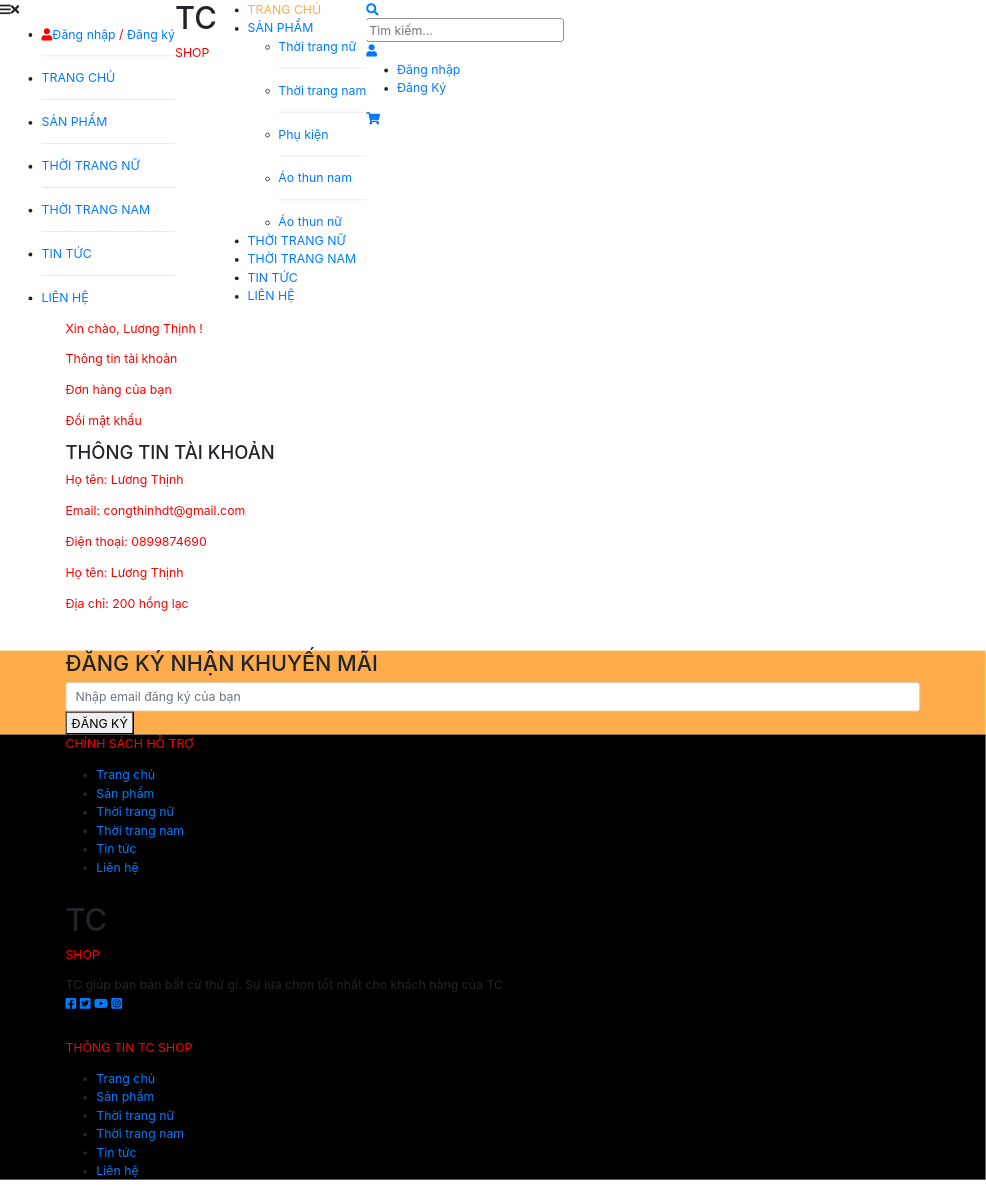
Repository: congthinh1701/TCshop
Page: ThongTinTaiKhoan.html
The author's editor kept a copy of each file at every save. The page is drawn from the files as they stood at one save, then again after the next save.
The browser window is 1280 px wide. The pictures show the whole page, at 77% of full size.
The style sheet was rebuilt from its Sass, Less or Tailwind sources for each picture, by a compiler version that may differ from the author's.

Above is the page before, as saved 2021-09-08 17:00:58.

### ThongTinTaiKhoan.html
<!DOCTYPE html>
<html lang="en">
<head>
    <meta charset="UTF-8">
    <meta http-equiv="X-UA-Compatible" content="IE=edge">
    <meta name="viewport" content="width=device-width, initial-scale=1.0">
    <title>Document</title>
    <link rel="stylesheet" href="fontawesome-free-5.15.4-web/css/all.css">
    <link rel="stylesheet" href="sass/style.css">
</head>
<body>
    <div id="headerID"> <!-- your header --> </div>
    <div class="container">
        <div class="trang-tai-khoan">
            <div class="trang-tai-khoan-hello">
                <p><span>Xin chào, </span>Lương Thịnh !</p>
            </div>
            <div class="trang-tai-khoan-thong-tin">
                <p>Thông tin tài khoản</p>
            </div>
            <div class="trang-tai-khoan-hello">
                <p>Đơn hàng của bạn</p>
            </div>
            <div class="trang-tai-khoan-hello">
                <p>Đổi mật khẩu</p>
            </div>
        </div>
        <div class="thong-tin-tai-khoan">
            <h4>THÔNG TIN TÀI KHOẢN</h4>
            <div class="thong-tin-tai-khoan-name">
                <p><span>Họ tên: </span>Lương Thịnh</p>
                <p><span>Email: </span>congthinhdt@gmail.com</p>
                <p><span>Điện thoại: </span>0899874690</p>
                <p><span>Họ tên: </span>Lương Thịnh</p>
                <p><span>Địa chỉ: </span>200 hồng lạc</p>
            </div>
        </div>
    </div>
    <div id="footerID"> <!-- your header --> </div>
    <script src="https://cdnjs.cloudflare.com/ajax/libs/jquery/3.6.0/jquery.min.js" integrity="sha512-894YE6QWD5I59HgZOGReFYm4dnWc1Qt5NtvYSaNcOP+u1T9qYdvdihz0PPSiiqn/+/3e7Jo4EaG7TubfWGUrMQ==" crossorigin="anonymous" referrerpolicy="no-referrer"></script>
    <script>
        $("#headerID").load("header.html");
        $("#footerID").load("footer.html");
      </script>
</body>
</html>

### header.html
<!DOCTYPE html>
<html lang="en">
<head>
    <meta charset="UTF-8">
    <meta http-equiv="X-UA-Compatible" content="IE=edge">
    <meta name="viewport" content="width=device-width, initial-scale=1.0">
    <title>Document</title>
    <link rel="stylesheet" href="assets/css/style.css">
    <link rel="stylesheet" href="assets/css/base.css">
    <link rel="stylesheet" href="fontawesome-free-5.15.4-web/css/all.css">
    <link rel="stylesheet" href="https://maxcdn.bootstrapcdn.com/bootstrap/4.1.3/css/bootstrap.min.css">
    <script src="https://maxcdn.bootstrapcdn.com/bootstrap/4.1.3/js/bootstrap.min.js"></script>
</head>
<body>
    <div class="container-lg">
        <div class="nav">
            <label for="nav-mobile-input" class="nav_bars-btn">
                <i class="fas fa-bars"></i>
            </label>

            <input hidden type="checkbox" name="" class="nav_input" id="nav-mobile-input">
            <label for="nav-mobile-input" class="nav_overlay"></label>
            <nav class="nav-mobile">
                <label for="nav-mobile-input" class="nav__mobile-close">
                    <i class="fas fa-times"></i>
                </label>
                <ul class="nav__mobile-list">

                    <li class="nav__mobile-list-user">

                        <p><i class="fas fa-user"></i><a href="#">Đăng nhập</a> <span>/</span> <a href="#">Đăng ký</a>
                        </p>
                    </li>
                    <hr>
                    <li>
                        <a href="" class="nav__mobile-link">TRANG CHỦ</a>
                    </li>
                    <hr>
                    <li>
                        <a href="" class="nav__mobile-link">SẢN PHẨM</a>
                    </li>
                    <hr>
                    <li>
                        <a href="" class="nav__mobile-link">THỜI TRANG NỮ</a>
                    </li>
                    <hr>
                    <li>
                        <a href="" class="nav__mobile-link">THỜI TRANG NAM</a>
                    </li>
                    <hr>
                    <li>
                        <a href="" class="nav__mobile-link">TIN TỨC</a>
                    </li>
                    <hr>
                    <li>
                        <a href="" class="nav__mobile-link">LIÊN HỆ</a>
                    </li>
                </ul>
            </nav>
            <div class="nav-logo">
                <h1>TC</h1>
                <p>SHOP</p>
            </div>
            <nav class="nav-pc">
                <ul class="nav__list">
                    <li>
                        <a style="color:#ffac4b" href="home.html" class="nav__link">TRANG CHỦ</a>
                    </li>
                    <li class="options">
                        <a href="" class="nav__link">SẢN PHẨM</a>
                        <div class="nav__link-options">
                            <ul class="nav__link-options-list">
                                <li><a href="#">Thời trang nữ</a></li>
                                <hr>
                                <li><a href="#">Thời trang nam</a></li>
                                <hr>
                                <li><a href="#">Phụ kiện</a></li>
                                <hr>
                                <li><a href="#">Áo thun nam</a></li>
                                <hr>
                                <li><a href="#">Áo thun nữ</a></li>
                            </ul>
                        </div>
                    </li>
                    <li>
                        <a href="" class="nav__link">THỜI TRANG NỮ</a>
                    </li>
                    <li>
                        <a href="" class="nav__link">THỜI TRANG NAM</a>
                    </li>
                    <li>
                        <a href="" class="nav__link">TIN TỨC</a>
                    </li>
                    <li>
                        <a href="" class="nav__link">LIÊN HỆ</a>
                    </li>
                </ul>
            </nav>
            <div class="nav-right">
                <div class="search">
                    <a href="#"><i class="fas fa-search"></i></a>
                    <div class="search-hover">
                        <form>
                            <input class="search" type="text" name="search" placeholder="Tìm kiếm..." />
                        </form>
                    </div>
                </div>
                <div class="user">
                    <a href="#"> <i class="fas fa-user"></i></a>
                    <div class="user-hover">
                        <ul class="user-hover-list">
                            <li class="nav_link"><a href="#">Đăng nhập</a></li>
                            <li><a href="#">Đăng Ký</a></li>
                        </ul>
                    </div>
                </div>
                <div class="shopping">
                    <a href="card.html"><i class="fas fa-shopping-cart"></i></a>

                </div>
            </div>


        </div>
    </div>
</body>
</html>

### footer.html
<!DOCTYPE html>
<html lang="en">
<head>
    <meta charset="UTF-8">
    <meta http-equiv="X-UA-Compatible" content="IE=edge">
    <meta name="viewport" content="width=device-width, initial-scale=1.0">
    <title>Document</title>
    <link rel="stylesheet" href="assets/css/style.css">
    <link rel="stylesheet" href="assets/css/base.css">
    <link rel="stylesheet" href="fontawesome-free-5.15.4-web/css/all.css">
    <link rel="stylesheet" href="https://maxcdn.bootstrapcdn.com/bootstrap/4.1.3/css/bootstrap.min.css">
    <script src="https://maxcdn.bootstrapcdn.com/bootstrap/4.1.3/js/bootstrap.min.js"></script>
</head>
<body>
    <div class="container-lg" style="background-color: #ffac4b; margin-top: 50px;">
        <div class="container dangky">
            <div class="dangky-left">
                <h3>ĐĂNG KÝ NHẬN KHUYẾN MÃI</h3>
            </div>
            <div class="dangky-right">
                <form>
                    <input class="form-control" type="text" placeholder="Nhập email đăng ký của bạn">
                    <button type="button">ĐĂNG KÝ</button>
                </form>
            </div>
        </div>
    </div>

    <div class="container-lg" style="background-color: black">
        <div class="container footer">
            <div class="chinhsach-hotro">
                <p class="header">CHÍNH SÁCH HỖ TRỢ</p>
                <ul class="nav-list">
                    <li class="nav_link"><a href="#">Trang chủ</a></li>
                    <li class="nav_link"><a href="#">Sản phẩm</a></li>
                    <li class="nav_link"><a href="#">Thời trang nữ</a></li>
                    <li class="nav_link"><a href="#">Thời trang nam</a></li>
                    <li class="nav_link"><a href="#">Tin tức</a></li>
                    <li class="nav_link"><a href="#">Liên hệ</a></li>
                </ul>
            </div>
            <hr>
            <div class="ketnoi-shop">
                <h1>TC</h1>
                <p>SHOP</p>
                <span>TC giúp bạn bán bất cứ thứ gì. Sự lựa chọn tốt nhất cho khách hàng của TC</span>
                <div class="mangxahoi">
                    <a href="#"><i class="fab fa-facebook-square"></i></a>
                    <a href="#"><i class="fab fa-twitter-square"></i></a>
                    <a href="#"><i class="fab fa-youtube"></i></a>
                    <a href="#"><i class="fab fa-instagram-square"></i></a>
                </div>
            </div>
            <hr>
            <div class="thongtin-shop">
                <p class="header">THÔNG TIN TC SHOP</p>
                <ul class="nav-list">
                    <li class="nav_link"><a href="#">Trang chủ</a></li>
                    <li class="nav_link"><a href="#">Sản phẩm</a></li>
                    <li class="nav_link"><a href="#">Thời trang nữ</a></li>
                    <li class="nav_link"><a href="#">Thời trang nam</a></li>
                    <li class="nav_link"><a href="#">Tin tức</a></li>
                    <li class="nav_link"><a href="#">Liên hệ</a></li>
                </ul>
            </div>
        </div>
    </div>
</body>
</html>

### assets/css/base.css
:root{
    --primary-color:#EE4D2D;
    --primary-color-rgba:rgb(238,75,43);
    --white-color:#fff;
    --black-color:#000;
    --text-color:#333333;
    --font-weight:700;
    --font-size-product:19px;
    --font-weight-product:400;
    --font-size-price:18px;
    --header-height:120px;
    --navbar-height:34px;
    --header-with-search-height:calc(var(var(--header-height)-var(var(--navbar-height))))

}

### sass/style.scss

$text-color:red;
$text-fontSize:20px;
$text-fontSizeTK:22px;
$fontWeight:500;
p{
    color: $text-color;
}

Loaded but not shown: fontawesome-free-5.15.4-web/css/all.css (library)

After the next save:
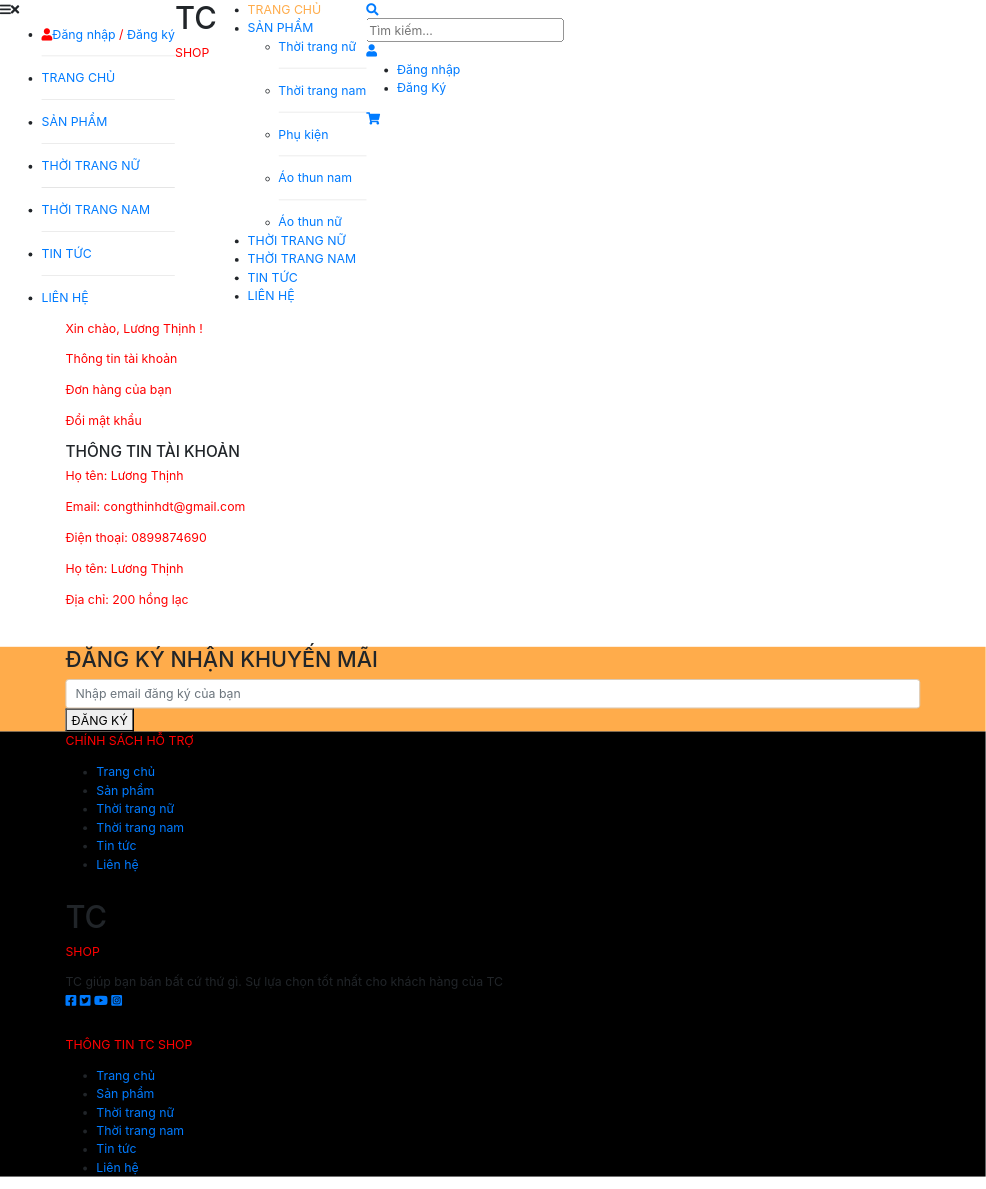
Saved 10 s later.
--- a/ThongTinTaiKhoan.html
+++ b/ThongTinTaiKhoan.html
@@ -26,7 +26,7 @@
             </div>
         </div>
         <div class="thong-tin-tai-khoan">
-            <h4>THÔNG TIN TÀI KHOẢN</h4>
+            <h5>THÔNG TIN TÀI KHOẢN</h5>
             <div class="thong-tin-tai-khoan-name">
                 <p><span>Họ tên: </span>Lương Thịnh</p>
                 <p><span>Email: </span>congthinhdt@gmail.com</p>
